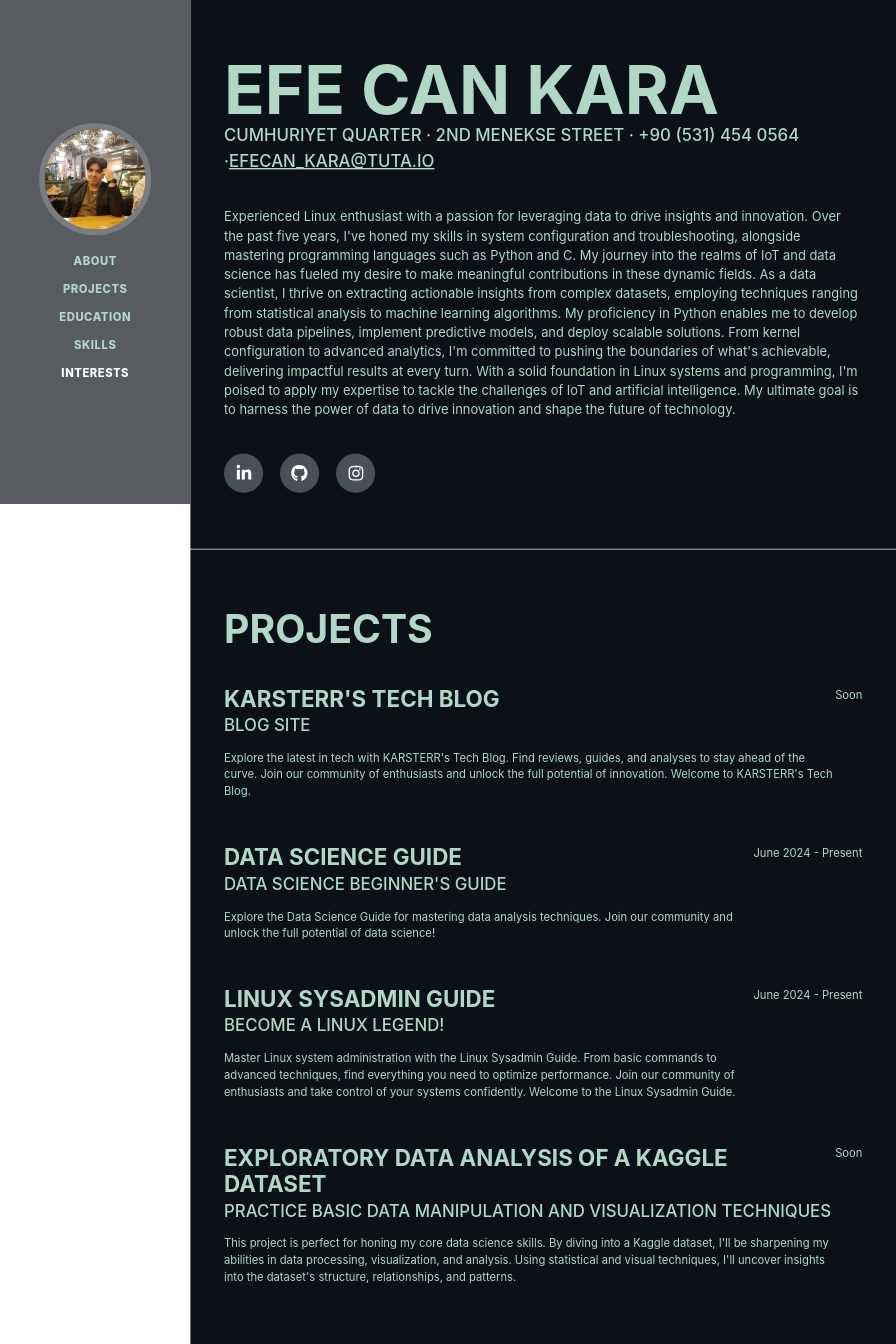
Repository: karsterr/karsterr.github.io
Page: index.html
The author's editor kept a copy of each file at every save. The page is drawn from the files as they stood at one save, then again after the next save.
The browser window is 1280 px wide. The pictures show the part of the page from y = 0 to 1920 px (the page is 4096 px tall), at 70% of full size.
Some web fonts or font styles are not loaded; a fallback is used. Some web libraries are served in a nearby version.

Above is the page before, as saved 2024-05-26 19:19:08.

### index.html
<!DOCTYPE html>
<html lang="en">
    <head>
        <meta charset="utf-8"/>
        <meta name="viewport" content="width=device-width, initial-scale=1, shrink-to-fit=no"/>
        <meta name="description" content=""/>
        <meta name="author" content=""/>
        <title>Efe Can Kara</title>
        <link rel="icon" type="image/x-icon" href="assets/img/KARSTERR.png"/>
        <script src="https://use.fontawesome.com/releases/v6.3.0/js/all.js" crossorigin="anonymous"></script>
        <link href="css/theme.css" rel="stylesheet" type="text/css">
        <link href="https://fonts.googleapis.com/css?family=Saira+Extra+Condensed:500,700" rel="stylesheet" type="text/css"/>
        <link href="https://fonts.googleapis.com/css?family=Muli:400,400i,800,800i" rel="stylesheet" type="text/css"/>
        <link href="css/styles.css" rel="stylesheet"/>
    </head>
    <body id="page-top">
        <embed name="MemoriesOfSpring" src="assets/music/MoS.mp3" loop="false" hidden="true" autostart="true">
        <!-- Navigation-->
        <nav class="navbar navbar-expand-lg navbar-dark bg-primary fixed-top" id="sideNav"><a class="navbar-brand js-scroll-trigger" href="#page-top"> <span class="d-block d-lg-none">Efe Can Kara</span> <span class="d-none d-lg-block"><img class="img-fluid img-profile rounded-circle mx-auto mb-2" src="assets/img/profile.jpg" alt="..."/></span> </a>
            <button class="navbar-toggler" type="button" data-bs-toggle="collapse" data-bs-target="#navbarResponsive" aria-controls="navbarResponsive" aria-expanded="false" aria-label="Toggle navigation">
                <span class="navbar-toggler-icon"></span>
            </button>
            <div class="collapse navbar-collapse" id="navbarResponsive">
                <ul class="navbar-nav">
                    <li class="nav-item">
                        <a class="nav-link js-scroll-trigger" href="#about">About</a>
                    </li>
                    <li class="nav-item">
                        <a class="nav-link js-scroll-trigger" href="#projects">Projects</a>
                    </li>
                    <li class="nav-item">
                        <a class="nav-link js-scroll-trigger" href="#education">Education</a>
                    </li>
                    <li class="nav-item">
                        <a class="nav-link js-scroll-trigger" href="#skills">Skills</a>
                    </li>
                    <li class="nav-item">
                        <a class="nav-link js-scroll-trigger" href="#interests">Interests</a>
                    </li>
                </ul>
            </div>
        </nav>
        <!-- Page Content-->
        <div class="container-fluid p-0">
            <!-- About-->
            <section class="resume-section" id="about">
                <div class="resume-section-content">
                    <h1 class="mb-0">
                        Efe Can <span class="text-primary">Kara</span> </h1>
                    <div class="subheading mb-5">
                        Cumhuriyet Quarter ·  2nd Menekse Street · +90 (531) 454 0564 ·<a href="mailto:name@email.com">efecan_kara@tuta.io</a>
                    </div>
                    <p class="lead mb-5">Experienced Linux enthusiast with a passion for leveraging data to drive insights and innovation. Over the past five years, I've honed my skills in system configuration and troubleshooting, alongside mastering programming languages such as Python and C. My journey into the realms of IoT and data science has fueled my desire to make meaningful contributions in these dynamic fields. As a data scientist, I thrive on extracting actionable insights from complex datasets, employing techniques ranging from statistical analysis to machine learning algorithms. My proficiency in Python enables me to develop robust data pipelines, implement predictive models, and deploy scalable solutions. From kernel configuration to advanced analytics, I'm committed to pushing the boundaries of what's achievable, delivering impactful results at every turn. With a solid foundation in Linux systems and programming, I'm poised to apply my expertise to tackle the challenges of IoT and artificial intelligence. My ultimate goal is to harness the power of data to drive innovation and shape the future of technology.</p>
                    <div class="social-icons"><a class="social-icon" href="https://www.linkedin.com/in/karsterr/"><i class="fab fa-linkedin-in"></i></a><a class="social-icon" href="https://github.com/karsterr"><i class="fab fa-github"></i></a><a class="social-icon" href="https://www.instagram.com/karsterr_/"><i class="fab fa-instagram"></i></a>
                    </div>
                </div>
            </section>
            <hr class="m-0"/>
            <!-- Projects-->
            <section class="resume-section" id="projects">
                <div class="resume-section-content">
                    <h2 class="mb-5">Projects</h2>
                    <div class="d-flex flex-column flex-md-row justify-content-between mb-5">
                        <div class="flex-grow-1">
                            <h3 class="mb-0">KARSTERR's Tech Blog</h3>
                            <div class="subheading mb-3">Blog Site</div>
                            <p>Explore the latest in tech with KARSTERR's Tech Blog. Find reviews, guides, and analyses to stay ahead of the curve. Join our community of enthusiasts and unlock the full potential of innovation. Welcome to KARSTERR's Tech Blog.</p>
                        </div>
                        <div class="flex-shrink-0">
                            <span class="text-primary">Soon</span>
                        </div>
                    </div>
                    <div class="d-flex flex-column flex-md-row justify-content-between mb-5">
                        <div class="flex-grow-1">
                            <h3 class="mb-0">Data Science Guide</h3>
                            <div class="subheading mb-3">Data Science Beginner's Guide</div>
                            <p>Explore the Data Science Guide for mastering data analysis techniques. Join our community and unlock the full potential of data science!</p>
                        </div>
                        <div class="flex-shrink-0">
                            <span class="text-primary">June 2024 - Present</span>
                        </div>
                    </div>
                    <div class="d-flex flex-column flex-md-row justify-content-between mb-5">
                        <div class="flex-grow-1">
                            <h3 class="mb-0">Linux Sysadmin Guide</h3>
                            <div class="subheading mb-3">Become a Linux Legend!</div>
                            <p>Master Linux system administration with the Linux Sysadmin Guide. From basic commands to advanced techniques, find everything you need to optimize performance. Join our community of enthusiasts and take control of your systems confidently. Welcome to the Linux Sysadmin Guide.</p>
                        </div>
                        <div class="flex-shrink-0">
                            <span class="text-primary">June 2024 - Present</span>
                        </div>
                    </div>
                    <div class="d-flex flex-column flex-md-row justify-content-between">
                        <div class="flex-grow-1">
                            <h3 class="mb-0">Exploratory Data Analysis of a Kaggle Dataset</h3>
                            <div class="subheading mb-3">Practice basic data manipulation and visualization techniques</div>
                            <p>This project is perfect for honing my core data science skills. By diving into a Kaggle dataset, I'll be sharpening my abilities in data processing, visualization, and analysis. Using statistical and visual techniques, I'll uncover insights into the dataset's structure, relationships, and patterns.</p>
                        </div>
                        <div class="flex-shrink-0">
                            <span class="text-primary">Soon</span>
                        </div>
                    </div>
                </div>
            </section>
            <hr class="m-0"/>
            <!-- Education-->
            <section class="resume-section" id="education">
                <div class="resume-section-content">
                    <h2 class="mb-5">Education</h2>
                    <div class="d-flex flex-column flex-md-row justify-content-between mb-5">
                        <div class="flex-grow-1">
                            <h3 class="mb-0">Sivas Cumhuriyet University</h3>
                            <div class="subheading mb-3">Bachelor's Degree</div>
                            <div style="color: #b1d7c6;">IT Systems and Technologies - Data Scientist Candidate</div>
                            <p>Current GPA: 2.31</p>
                        </div>
                        <div class="flex-shrink-0">
                            <span class="text-primary">September 2022 - Present</span>
                        </div>
                    </div>
                </div>
            </section>
            <hr class="m-0"/>
            <!-- Skills-->
            <section class="resume-section" id="skills">
                <div class="resume-section-content" style="color: #b1d7c6;">
                    <h2 class="mb-5">Skills</h2>
                    <div class="subheading mb-3" style="color: #b1d7c6;">Programming Languages & Tools</div>
                    <ul class="list-inline dev-icons" style="color: #b1d7c6;">
                        <li class="list-inline-item">
                            <i class="fab fa-html5"></i>
                        </li>
                        <li class="list-inline-item">
                            <i class="fab fa-css3-alt"></i>
                        </li>
                        <li class="list-inline-item">
                            <i class="fab fa-js-square"></i>
                        </li>
                        <li class="list-inline-item">
                            <i class="fab fa-node-js"></i>
                        </li>
                        <li class="list-inline-item">
                            <i class="fab fa-wordpress"></i>
                        </li>
                        <li class="list-inline-item">
                            <i class="fab fa-python"></i>
                        </li>
                        <li class="list-inline-item">
                            <i class="fab fa-npm"></i>
                        </li>
                        <li class="list-inline-item">
                            <i class="fab fa-git"></i>
                        </li>
                        <li class="list-inline-item">
                            <i class="fab fa-github"></i>
                        </li>
                        <li class="list-inline-item">
                            <i class="fab fa-r-project"></i>
                        </li>
                        <li class="list-inline-item">
                            <i class="fab fa-bootstrap"></i>
                        </li>
                        <li class="list-inline-item">
                            <i class="fab fa-js"></i>
                        </li>
                        <li class="list-inline-item">
                            <i class="fab fa-php"></i>
                        </li>
                    </ul>
                </ul>
                <div class="subheading mb-3" style="color: #b1d7c6;">Workflow</div>
                <ul class="fa-ul mb-0">
                    <li><span class="fa-li"><i class="fas fa-check" style="color: #b1d7c6;"></i></span>
                        Data Collection and Cleaning
                    </li>
                    <li><span class="fa-li" style="color: #b1d7c6;"><i class="fas fa-check"></i></span>
                        Exploratory Data Analysis (EDA)
                    </li>
                    <li><span class="fa-li"><i class="fas fa-check" style="color: #b1d7c6;"></i></span>
                        Model Development and Evaluation
                    </li>
                    <li><span class="fa-li"><i class="fas fa-check" style="color: #b1d7c6;"></i></span>
                        Deployment and Monitoring
                    </li>
                </ul>
        </div>
    </section>
    <hr class="m-0"/>
    <!-- Interests-->
    <section class="resume-section" id="interests" style="color: #b1d7c6;">
        <div class="resume-section-content">
            <h2 class="mb-5">Interests</h2>
            <li class="list-inline-item">
                <i class="fas fa-code fa-2x"></i>
            </li>
            <li class="list-inline-item">
                <i class="fas fa-gamepad fa-2x"></i>
            </li>
            <li class="list-inline-item">
                <i class="fas fa-guitar fa-2x"></i>
            </li>
            <li class="list-inline-item">
                <i class="fas fa-campground fa-2x"></i>
            </li>
            <p>My interests span programming, gaming, bass guitar, and camping. Programming fuels my creativity and problem-solving, gaming offers immersive experiences, bass guitar lets me express myself musically, and camping connects me with nature and adventure.</p>
        </div>
    </section>
    <hr class="m-0"/>
    <!-- Bootstrap core JS-->
    <script src="https://cdn.jsdelivr.net/npm/bootstrap@5.2.3/dist/js/bootstrap.bundle.min.js"></script>
    <!-- Core theme JS-->
    <script src="js/scripts.js"></script>
</body>

### css/theme.css

/*! normalize.css v8.0.1 | MIT License | github.com/necolas/normalize.css */html{line-height:1.15;-webkit-text-size-adjust:100%;}body{margin:0;}main{display:block;}h1{font-size:2em;margin:.67em 0;}hr{box-sizing:content-box;height:0;overflow:visible;}pre{font-family:monospace,monospace;font-size:1em;}a{background-color:transparent;}abbr[title]{border-bottom:none;text-decoration:underline;text-decoration:underline dotted;}b,strong{font-weight:bolder;}code,kbd,samp{font-family:monospace,monospace;font-size:1em;}small{font-size:80%;}sub,sup{font-size:75%;line-height:0;position:relative;vertical-align:baseline;}sub{bottom:-.25em;}sup{top:-.5em;}img{border-style:none;}button,input,optgroup,select,textarea{font-family:inherit;font-size:100%;line-height:1.15;margin:0;}button,input{overflow:visible;}button,select{text-transform:none;}[type=button],[type=reset],[type=submit],button{-webkit-appearance:button;}[type=button]::-moz-focus-inner,[type=reset]::-moz-focus-inner,[type=submit]::-moz-focus-inner,button::-moz-focus-inner{border-style:none;padding:0;}[type=button]:-moz-focusring,[type=reset]:-moz-focusring,[type=submit]:-moz-focusring,button:-moz-focusring{outline:1px dotted ButtonText;}fieldset{padding:.35em .75em .625em;}legend{box-sizing:border-box;color:inherit;display:table;max-width:100%;padding:0;white-space:normal;}progress{vertical-align:baseline;}textarea{overflow:auto;}[type=checkbox],[type=radio]{box-sizing:border-box;padding:0;}[type=number]::-webkit-inner-spin-button,[type=number]::-webkit-outer-spin-button{height:auto;}[type=search]{-webkit-appearance:textfield;outline-offset:-2px;}[type=search]::-webkit-search-decoration{-webkit-appearance:none;}::-webkit-file-upload-button{-webkit-appearance:button;font:inherit;}details{display:block;}summary{display:list-item;}template{display:none;}[hidden]{display:none;}

*, *::before, *::after {
    box-sizing: border-box;
}
:root {
    --primary: #0d6efd;
    --secondary: #6c757d;
    --color3: #0dcaf0;
    --color4: #198754;
    --white: white;
    --light: #f8f9fa;
    --dark: #212529;
}body, html {
    min-height: 100vh;
}

### js/scripts.js
/*!
* Start Bootstrap - Resume v7.0.6 (https://startbootstrap.com/theme/resume)
* Copyright 2013-2023 Start Bootstrap
* Licensed under MIT (https://github.com/StartBootstrap/startbootstrap-resume/blob/master/LICENSE)
*/
//
// Scripts
//

window.addEventListener('DOMContentLoaded', event => {

    // Activate Bootstrap scrollspy on the main nav element
    const sideNav = document.body.querySelector('#sideNav');
    if (sideNav) {
        new bootstrap.ScrollSpy(document.body, {
            target: '#sideNav',
            rootMargin: '0px 0px -40%',
        });
    };

    // Collapse responsive navbar when toggler is visible
    const navbarToggler = document.body.querySelector('.navbar-toggler');
    const responsiveNavItems = [].slice.call(
        document.querySelectorAll('#navbarResponsive .nav-link')
    );
    responsiveNavItems.map(function (responsiveNavItem) {
        responsiveNavItem.addEventListener('click', () => {
            if (window.getComputedStyle(navbarToggler).display !== 'none') {
                navbarToggler.click();
            }
        });
    });

});

Loaded but not shown: css/styles.css (library)

After the next save:
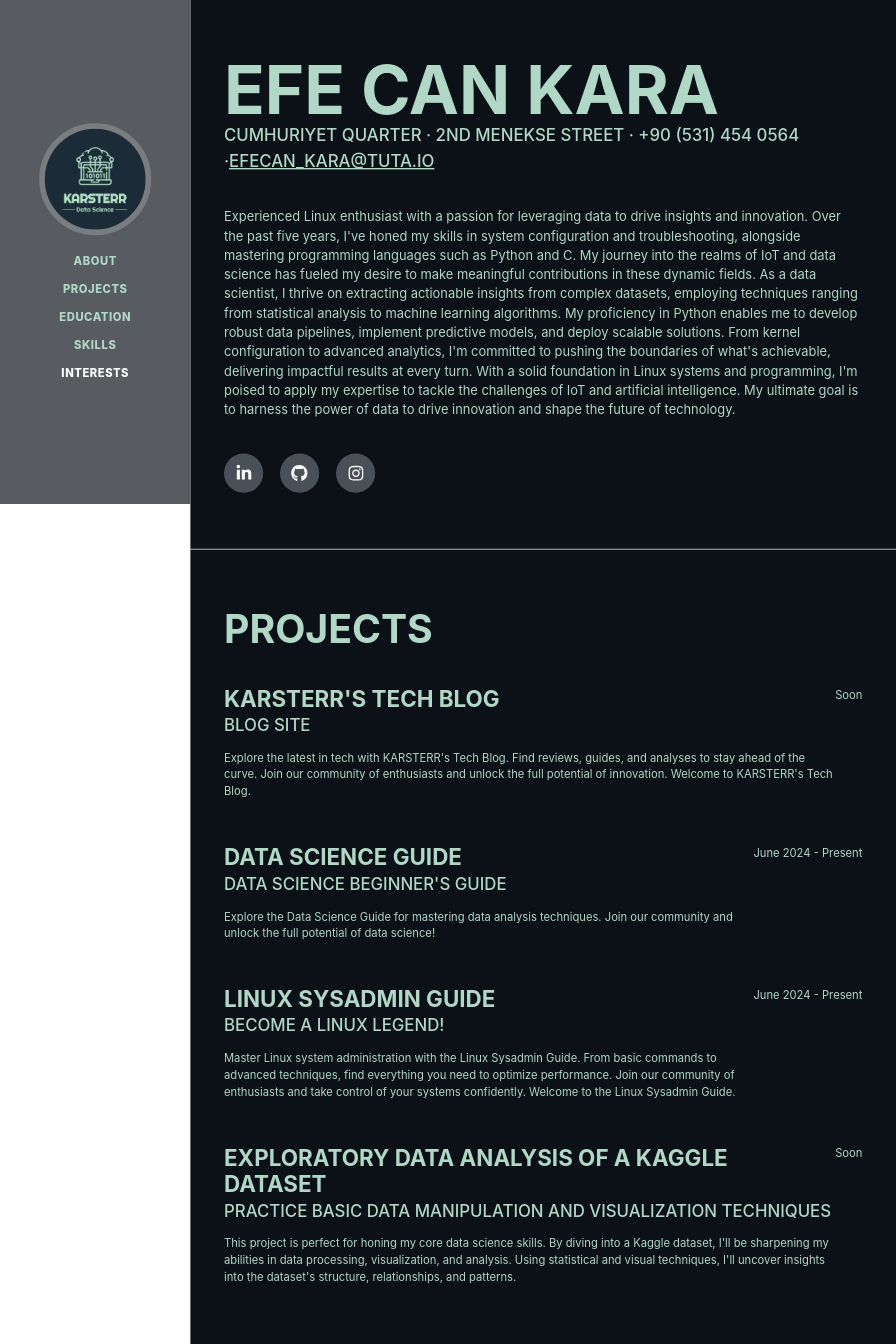
Saved 65 s later.
--- a/index.html
+++ b/index.html
@@ -14,9 +14,8 @@
         <link href="css/styles.css" rel="stylesheet"/>
     </head>
     <body id="page-top">
-        <embed name="MemoriesOfSpring" src="assets/music/MoS.mp3" loop="false" hidden="true" autostart="true">
         <!-- Navigation-->
-        <nav class="navbar navbar-expand-lg navbar-dark bg-primary fixed-top" id="sideNav"><a class="navbar-brand js-scroll-trigger" href="#page-top"> <span class="d-block d-lg-none">Efe Can Kara</span> <span class="d-none d-lg-block"><img class="img-fluid img-profile rounded-circle mx-auto mb-2" src="assets/img/profile.jpg" alt="..."/></span> </a>
+        <nav class="navbar navbar-expand-lg navbar-dark bg-primary fixed-top" id="sideNav"><a class="navbar-brand js-scroll-trigger" href="#page-top"> <span class="d-block d-lg-none">Efe Can Kara</span> <span class="d-none d-lg-block"><img class="img-fluid img-profile rounded-circle mx-auto mb-2" src="assets/img/KARSTERR.png" alt="..."/></span> </a>
             <button class="navbar-toggler" type="button" data-bs-toggle="collapse" data-bs-target="#navbarResponsive" aria-controls="navbarResponsive" aria-expanded="false" aria-label="Toggle navigation">
                 <span class="navbar-toggler-icon"></span>
             </button>
